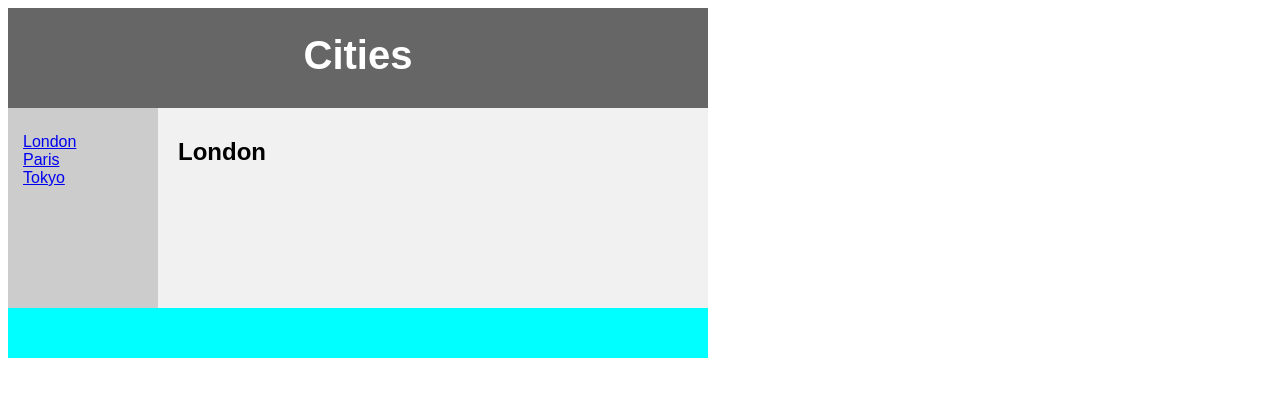
Repository: LongNguyen2504/T3H-FrondEnd
Page: Lesson3_CSS_HomeWork1.html
The author's editor kept a copy of each file at every save. The page is drawn from the files as they stood at one save, then again after the next save.
The browser window is 1280 px wide. The pictures show the whole page.

Above is the page before, as saved 2021-12-01 18:09:01.

### Lesson3_CSS_HomeWork1.html
<!DOCTYPE html>
<html lang="en">
<head>
    <meta charset="UTF-8">
    <meta http-equiv="X-UA-Compatible" content="IE=edge">
    <meta name="viewport" content="width=device-width, initial-scale=1.0">
    <title>Document</title>
    <link rel="stylesheet" href="Lesson3_CSS_HomeWork1.css">
</head>
<body>
    <div class="ancestor-div" >
        <div class="city-div"  >
            <div class="div-text-city">Cities</div>
        </div>
        <div class="left-column">
            <div3 class="list">
                <li class="first-list"><a href="#1">London</a></li>
                <li class="first-list"><a href="#3">Paris</a></li>
                <li class="first-list"><a href="#2">Tokyo</a></li>
            </div3>
        </div>
        <div class="right-column">
            <div class="paragraph">
                <h2 class="header-London">London</h2>
            </div>
        </div>
    </div>

</body>
</html>

### Lesson3_CSS_HomeWork1.css
div.ancestor-div{
    background-color: aqua;
    width: 700px; height: 350px;

    font-family: Arial, Helvetica, sans-serif;
}
div.city-div{
    background-color: #666666;

    /* height: 80px; */
    color: white;
    height: 100px;

}
div.div-text-city{
    text-align:  center;
    font-size: 40px;
    position: relative;
    top: 25px;
    font-weight: bold;
}
div.left-column{
    width: 150px;
    height: 200px;
    background-color: #cccccc;
    /* display: inline-block; */
}
li.first-list{
    position: relative;
    top: 25px;
    left: 15px;
    list-style-type: none;

}
div.right-column{
    /* display: inline-block; */
    /* margin-left: 25px ; */
    background-color: #f1f1f1 ;
    width: 550px;
    height: 200px;
    position: relative;
    left: 150px;
    bottom: 220px;
}
div.paragraph{
    position: relative;
    top: 30px;
    margin-left: 20px;
}

After the next save:
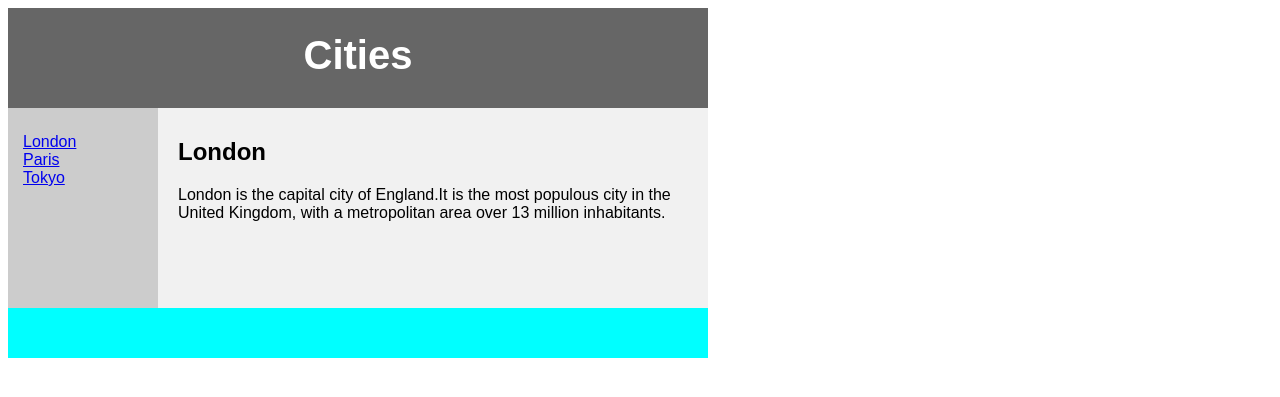
Saved 84 s later.
--- a/Lesson3_CSS_HomeWork1.html
+++ b/Lesson3_CSS_HomeWork1.html
@@ -22,6 +22,10 @@
         <div class="right-column">
             <div class="paragraph">
                 <h2 class="header-London">London</h2>
+                <p>
+                    London is the capital city of England.It is the most populous city in
+                    the United Kingdom, with a metropolitan area over 13 million inhabitants.
+                </p>
             </div>
         </div>
     </div>
